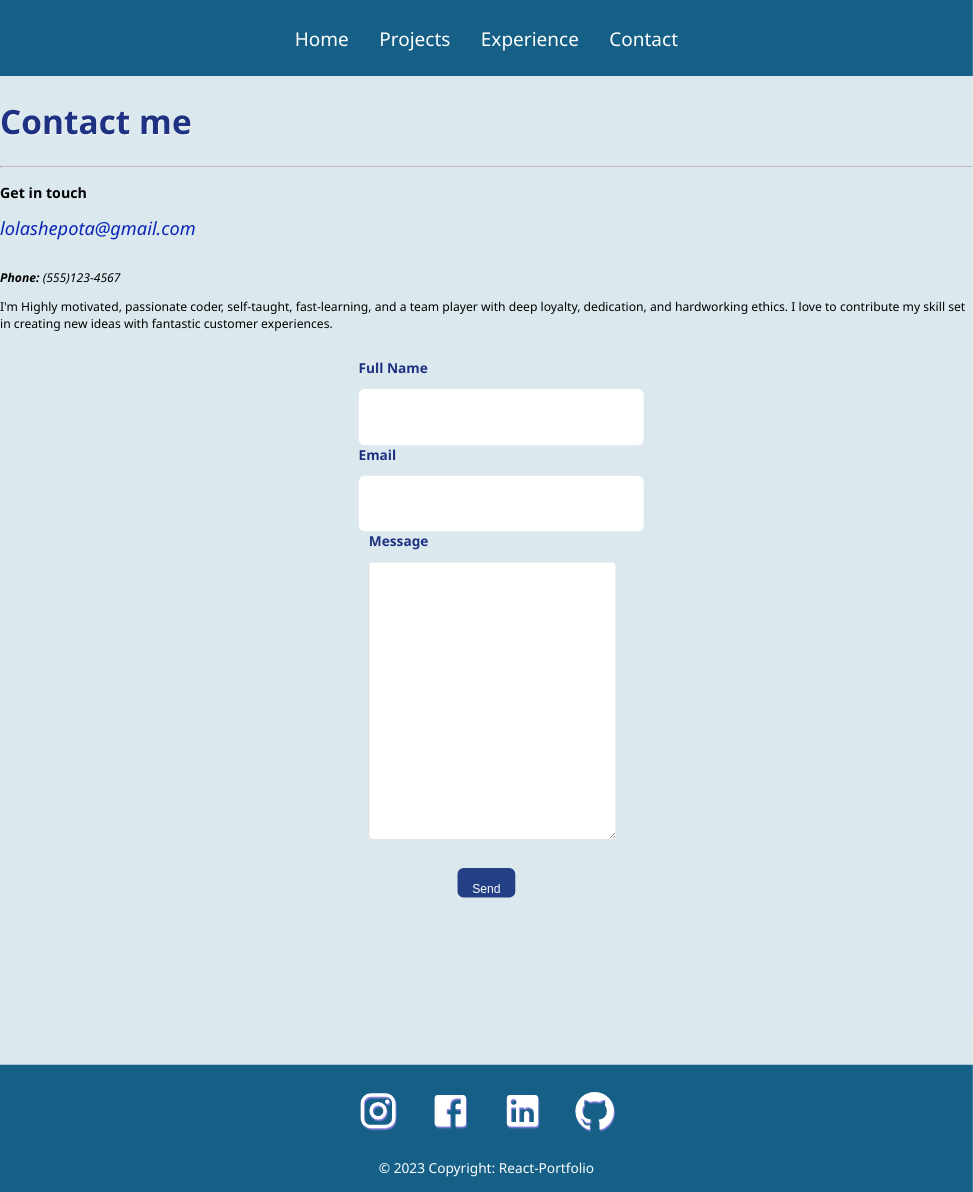
Repository: LolaSL/react-portfolio
Page: /contact
An editor plug-in stored every save of this project. The page is shown before and after the next save, followed by the edit.
The browser window is 1280 px wide. The pictures show the whole page, at 76% of full size.
The project was rebuilt for these pictures with package versions that can differ from the ones it lists, and the page was loaded fresh each time. Also part of the build but not shown: src/pages/Home/Style.css, src/pages/Home/Home.jsx, src/components/ProjectItem/Style.css, src/components/ProjectItem/ProjectItem.jsx, src/helpers/ProjectList.js, src/pages/Projects/Style.css, src/pages/Projects/Projects.jsx, src/pages/Experience/Style.css and 2 more.

Above is the page before, as saved 2023-09-27 17:37:25.

After the next save:
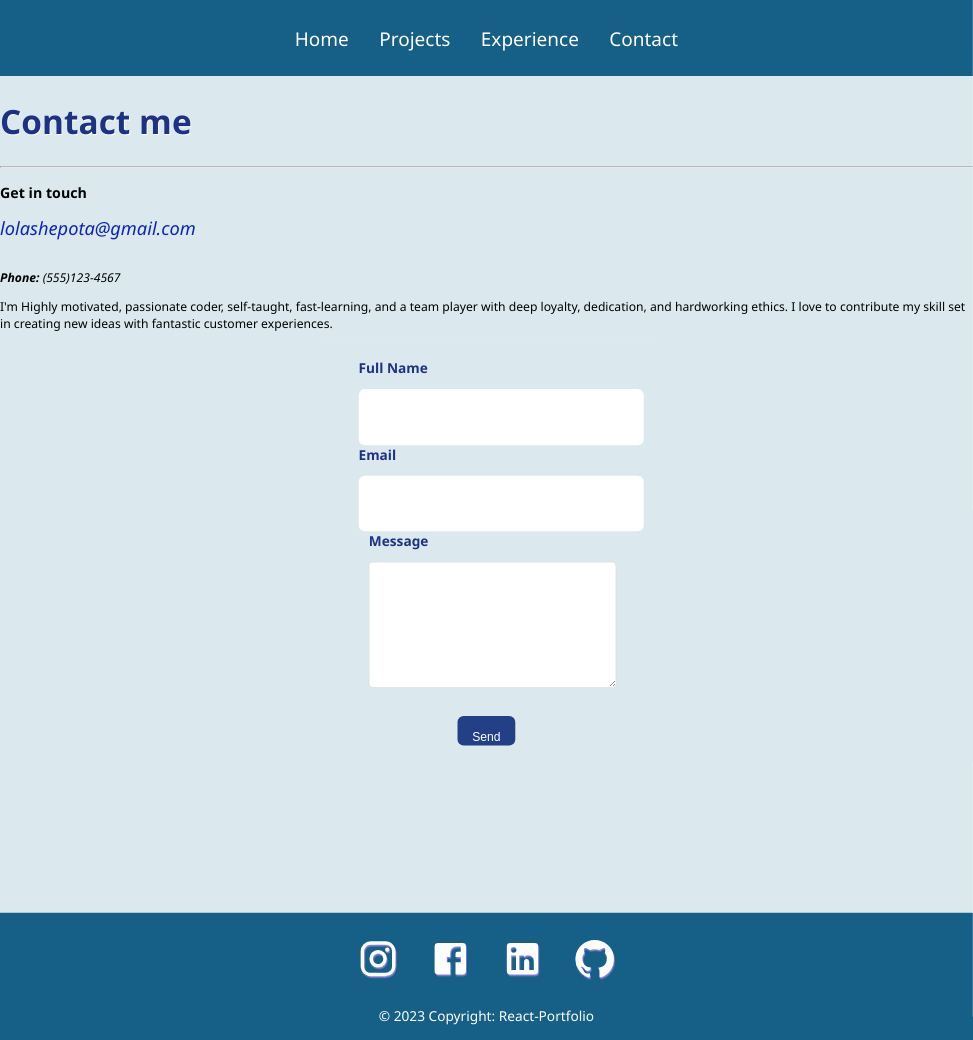
Saved 9 s later.
--- a/src/pages/Contact/Style.css
+++ b/src/pages/Contact/Style.css
@@ -52,7 +52,7 @@ h1{
     outline: none;
     border-radius: 5px;
     border: 1px solid rgb(220, 220, 220);
-    min-height: 350px;
+    min-height:150px;
     resize: vertical;
     &:focus {
       border: 2px solid rgba(0, 206, 158, 1);
